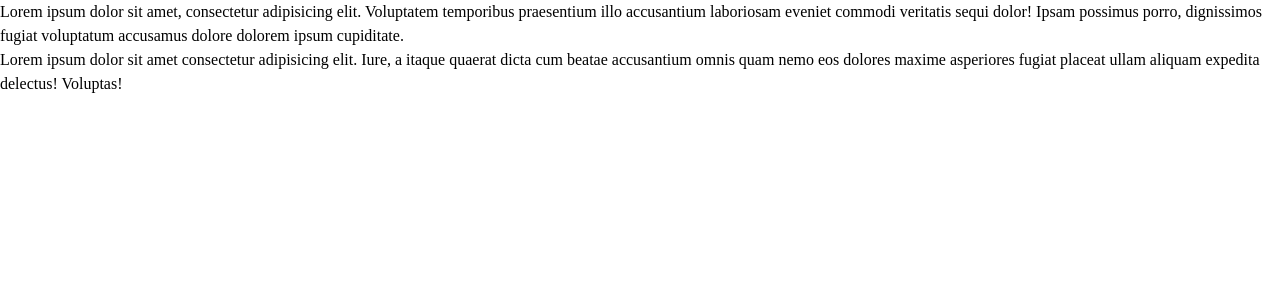
Repository: nguyenkien12345/Master-Css
Page: 1 so thuoc tinh css dac biet/index.html
These files come from the project's save history. The page is drawn as it stood at one moment and after the next save; the edit follows.
The browser window is 1280 px wide. The pictures show the whole page.

Above is the page before, as saved 2023-09-10 22:48:14.

### 1 so thuoc tinh css dac biet/index.html
<!DOCTYPE html>
<html lang="en">
<head>
    <meta charset="UTF-8">
    <meta http-equiv="X-UA-Compatible" content="IE=edge">
    <meta name="viewport" content="width=device-width, initial-scale=1.0">
    <title>1 số thuộc tính css đặc biệt</title>
</head>

    <style>
        *,
        *::before,
        *::after {
          box-sizing: border-box;
        }
        body,
        h1,
        h2,
        h3,
        h4,
        h5,
        h6,
        p,
        figure,
        picture {
          margin: 0;
        }
        body {
          min-height: 100vh;
          line-height: 1.5;
        }
        input,
        button,
        select,
        textarea {
          font: inherit;
        }
        img,
        picture {
          display: block;
          max-width: 100%;
        }
        /* remove animation for people who've turned them off */
        @media (prefers-reduced-motion: reduce) {
          *,
          *::before,
          *::after {
            animation-duration: 0.01ms !important;
            animation-iteration-count: 1 !important;
            transition-duration: 0.01ms !important;
            scroll-behavior: auto !important;
          }
        }

        /* .boxed {
            width: 100px;
            height: 100px;
            background-color: #6a5af9;
            margin-inline: auto;
        } */
        /* margin-inline: auto; tương ứng với margin-left: auto, margin-right: auto */
        /* margin-block: auto; tương ứng với margin-top: auto, margin-bottom: auto */
        /* padding-inline và padding-block tương tự như margin-inline, margin-block */
        /* --------------------------------------------------------------------------------------------------------------- */

        /* .aspect{
            aspect-ratio: 16/9;
        }

        .aspect img{
            width: 100%;
            height: 100%;
            object-fit: cover;
        } */
        /*  aspect-ratio: Hỗ trợ hiển thị ảnh theo tỷ lệ */
        /* --------------------------------------------------------------------------------------------------------------- */

        /* body {
            background-color: yellow;
            position: relative;
        }

        .child {
            position: absolute;
            top: 0;
            left: 0;
            right: 0;
            bottom: 0;
            background-color: blueviolet;
        } */
        /*
            Cách 1
            top: 0;
            left: 0;
            right: 0;
            bottom: 0;
        */
        /*
            Cách 2
            top: 0;
            left: 0;
            width: 100%;
            height: 100%;
        */
        /*
        - Thay cả 4 thằng top, bottom, left, right là inset: 0 (=> top right bottom left đều là 0)
        - inset: top right bottom left
        */

        /* selectors: is và where */
    </style>

<body>
    <!--
      <div class="boxed">
        Evondev
      </div>
    -->

    <!--
      <div class="aspect">
        <img src="https://source.unsplash.com/random" alt=""/>
      </div>
    -->

    <!-- <div class="child"></div> -->

    <section>
      <p>Lorem ipsum dolor sit amet, consectetur adipisicing elit. Voluptatem temporibus praesentium illo accusantium laboriosam eveniet commodi veritatis sequi dolor! Ipsam possimus porro, dignissimos fugiat voluptatum accusamus dolore dolorem ipsum cupiditate.</p>
    </section>
    <main>
      <p>Lorem ipsum dolor sit amet consectetur adipisicing elit. Iure, a itaque quaerat dicta cum beatae accusantium omnis quam nemo eos dolores maxime asperiores fugiat placeat ullam aliquam expedita delectus! Voluptas!</p>
    </main>
</body>
</html>

After the next save:
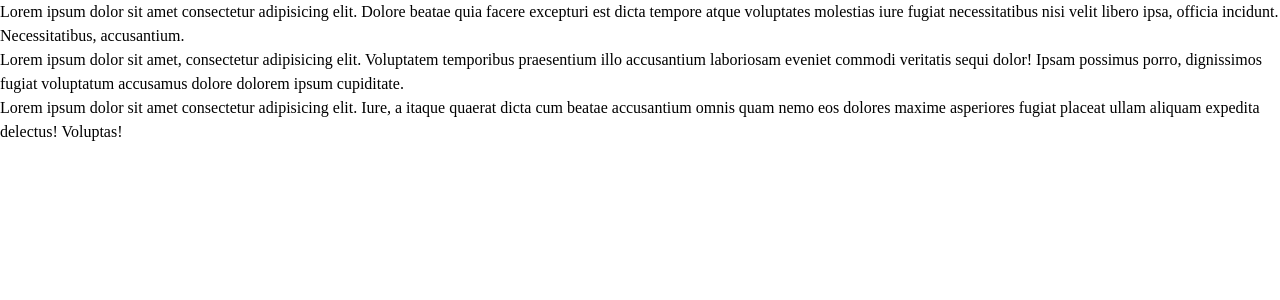
Saved 24 s later.
--- a/1 so thuoc tinh css dac biet/index.html
+++ b/1 so thuoc tinh css dac biet/index.html
@@ -125,6 +125,9 @@
 
     <!-- <div class="child"></div> -->
 
+    <div>
+      <p>Lorem ipsum dolor sit amet consectetur adipisicing elit. Dolore beatae quia facere excepturi est dicta tempore atque voluptates molestias iure fugiat necessitatibus nisi velit libero ipsa, officia incidunt. Necessitatibus, accusantium.</p>
+    </div>
     <section>
       <p>Lorem ipsum dolor sit amet, consectetur adipisicing elit. Voluptatem temporibus praesentium illo accusantium laboriosam eveniet commodi veritatis sequi dolor! Ipsam possimus porro, dignissimos fugiat voluptatum accusamus dolore dolorem ipsum cupiditate.</p>
     </section>
